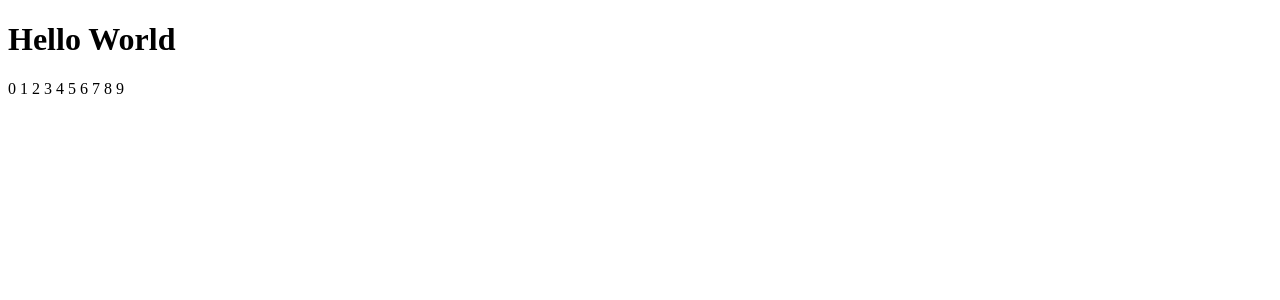
Repository: havanara/240411_JSTL_Project
Page: http://localhost/jstl_study/step-1.jsp
The author's editor kept a copy of each file at every save. The page is drawn from the files as they stood at one save, then again after the next save.
The browser window is 1280 px wide. The pictures show the whole page.
The page is served by Tomcat 9. Other server files are loaded and not shown.

Above is the page before, as saved 2024-04-11 02:40:47.

### jstl_study/src/main/webapp/step-1.jsp
<%@ page language="java" contentType="text/html; charset=UTF-8"
    pageEncoding="UTF-8"%>
<!DOCTYPE html>
<html>
<head>
<meta charset="UTF-8">
<title>Insert title here</title>
</head>
<body>
<h1>Hello World</h1>
<% for(int i=0; i<10; i++){ %>
<%=i %>
<%}%>
</body>
</html>

After the next save:
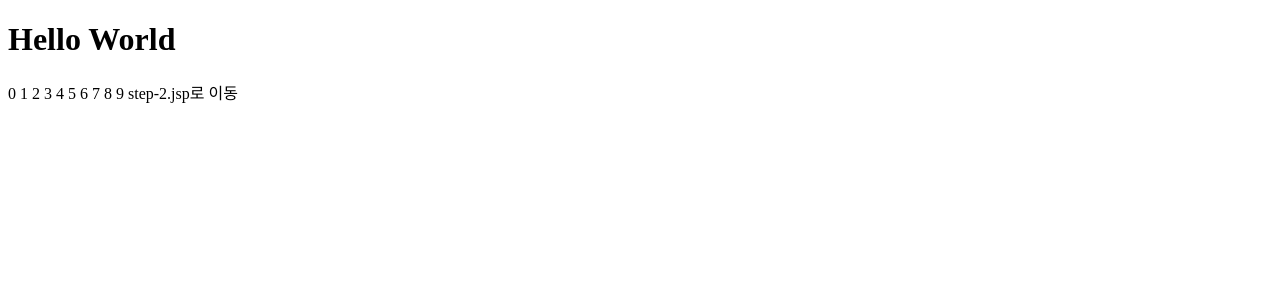
Saved 117 s later.
--- a/jstl_study/src/main/webapp/step-1.jsp
+++ b/jstl_study/src/main/webapp/step-1.jsp
@@ -11,5 +11,6 @@
 <% for(int i=0; i<10; i++){ %>
 <%=i %>
 <%}%>
+<a>step-2.jsp로 이동</a>
 </body>
 </html>
